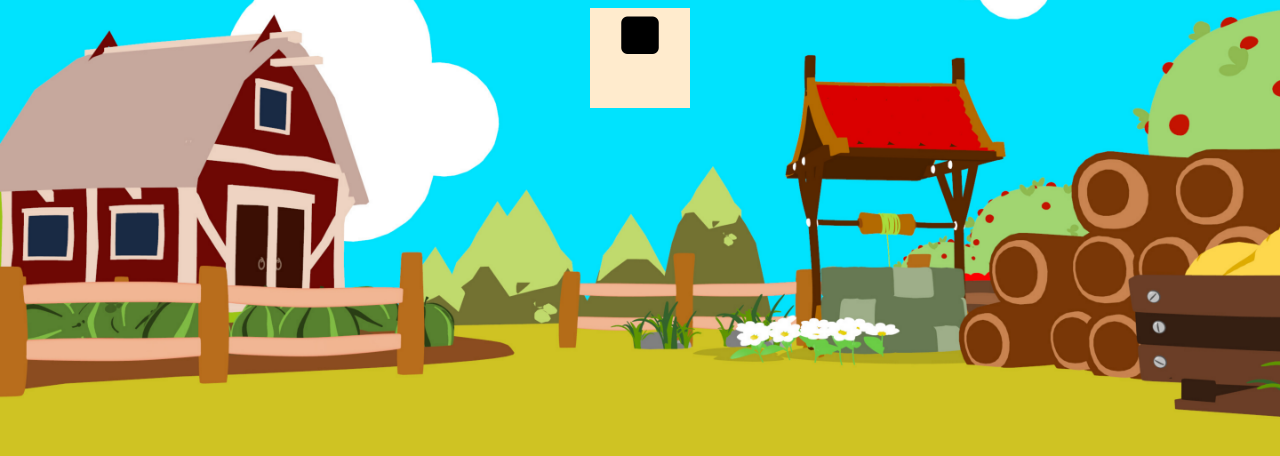
Repository: rumor1993/DreamCoding-Browser101
Page: Chapter07/index.html
These files come from the project's save history. The page is drawn as it stood at one moment and after the next save; the edit follows.
The browser window is 1280 px wide. The pictures show the whole page.
Some web libraries are served in a nearby version.

Above is the page before, as saved 2021-01-01 13:37:03.

After the next save:
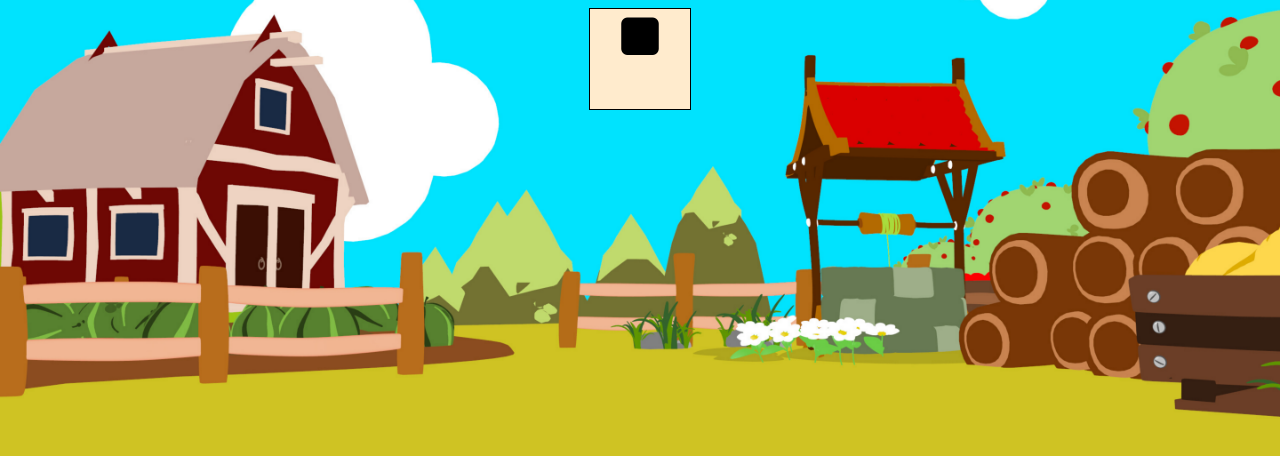
Saved 4 s later.
--- a/Chapter07/index.html
+++ b/Chapter07/index.html
@@ -19,7 +19,7 @@
         font-size: 50px;
         margin: auto;
         text-align: center;
-        border: 1px black;
+        border: 1px solid black;
       }
 
       .timer {
